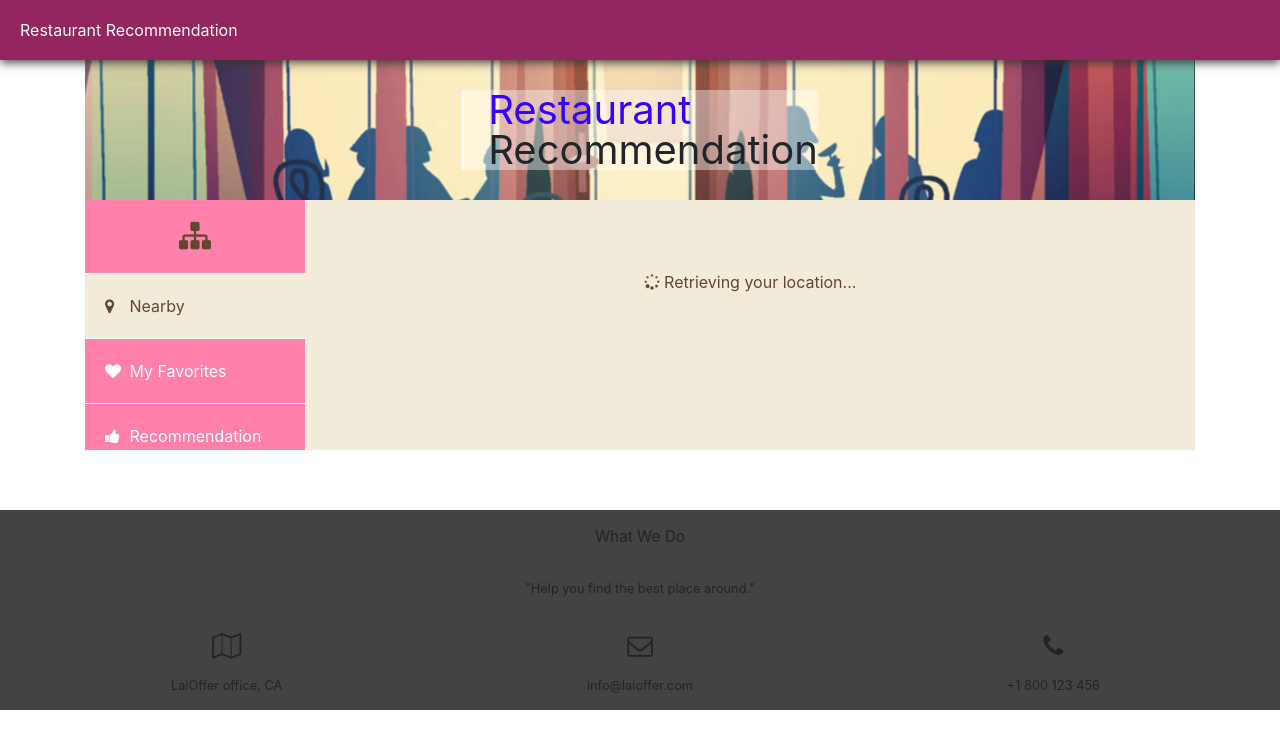
Repository: bchenSyr/restaurant-recommend
Page: http://localhost/YelpRecommend/
An editor plug-in stored every save of this project. The page is shown before and after the next save, followed by the edit.
The browser window is 1280 px wide. The pictures show the whole page.
Some web libraries are served in a nearby version. The page is served by Tomcat 9. Other server files are loaded and not shown.

Above is the page before, as saved 2018-09-17 06:40:33.

### YelpRecommend/WebContent/index.html
<!DOCTYPE html>
<html>
<head>
    <!-- Required meta tags always come first -->
    <meta charset="UTF-8">
    <meta name="description" content="Item Recommendation">
    <meta name="author" content="Your Name">

    <!-- Bootstrap CSS -->
    <link rel="stylesheet" href="styles/main.css">
    <link href='https://fonts.googleapis.com/css?family=Open+Sans:400,300,700' rel='stylesheet' type='text/css'>
    <link rel="stylesheet" href="https://maxcdn.bootstrapcdn.com/font-awesome/4.5.0/css/font-awesome.min.css">
    <link rel="stylesheet" href="https://stackpath.bootstrapcdn.com/bootstrap/4.1.3/css/bootstrap.min.css" integrity="sha384-MCw98/SFnGE8fJT3GXwEOngsV7Zt27NXFoaoApmYm81iuXoPkFOJwJ8ERdknLPMO" crossorigin="anonymous">

    <title>Restaurant Recommendation Final</title>
</head>
<body>
   <header class="top-header">
    <nav class="top-nav">
      <a href="#"> Restaurant Recommendation </a>
    </nav>

<!--      <span id="welcome-msg"></span>
     <i id="avatar" class="avatar fa fa-user fa-2x"></i> -->

  </header>

  <div class="container">
    <header>
      <p>
        <span>Restaurant</span>
        <br /> Recommendation
      </p>
    </header>

    <section class="main-section">
      <aside id="item-nav">
        <div class="nav-icon">
          <i class="fa fa-sitemap fa-2x"></i>
        </div>
        <nav class="main-nav">
          <a href="#" id="nearby-btn" class="main-nav-btn active">
            <i class="fa fa-map-marker"></i> Nearby
          </a>
          <a href="#" id="fav-btn" class="main-nav-btn">
            <i class="fa fa-heart"></i> My Favorites
          </a>
          <a href="#" id="recommend-btn" class="main-nav-btn">
            <i class="fa fa-thumbs-up"></i> Recommendation
          </a>
        </nav>
      </aside>

      <ul id="item-list">
        <li class="item">
          <img alt="item image" src="https://s3-media3.fl.yelpcdn.com/bphoto/EmBj4qlyQaGd9Q4oXEhEeQ/ms.jpg" />
          <div>
            <a class="item-name" href="#">Item</a>
            <p class="item-category">Vegetarian</p>
            <div class="stars">
              <i class="fa fa-star"></i>
              <i class="fa fa-star"></i>
              <i class="fa fa-star"></i>
            </div>
          </div>
          <p class="item-address">699 Calderon Ave<br/>Mountain View<br/> CA</p>
          <div class="fav-link">
            <i class="fa fa-heart"></i>
          </div>
        </li>
      </ul>
    </section>
  </div>

  <footer>
    <p class="title">What We Do</p>
    <p>"Help you find the best place around."</p>
    <ul>
      <li>
        <p><i class="fa fa-map-o fa-2x"></i></p>
        <p>LaiOffer office, CA</p>
      </li>
      <li>
        <p><i class="fa fa-envelope-o fa-2x"></i></p>
        <p>info@laioffer.com</p>
      </li>
      <li>
        <p><i class="fa fa-phone fa-2x"></i></p>
        <p>+1 800 123 456</p>
      </li>
    </ul>
  </footer>

  <script src="https://rawgit.com/emn178/js-md5/master/build/md5.min.js"></script>
  <!-- <script src="scripts/mock.js"></script> -->

  <!-- Bootstrap -->
  <script src="https://code.jquery.com/jquery-3.3.1.slim.min.js" integrity="sha384-q8i/X+965DzO0rT7abK41JStQIAqVgRVzpbzo5smXKp4YfRvH+8abtTE1Pi6jizo" crossorigin="anonymous"></script>
  <script src="https://cdnjs.cloudflare.com/ajax/libs/popper.js/1.14.3/umd/popper.min.js" integrity="sha384-ZMP7rVo3mIykV+2+9J3UJ46jBk0WLaUAdn689aCwoqbBJiSnjAK/l8WvCWPIPm49" crossorigin="anonymous"></script>
  <script src="https://stackpath.bootstrapcdn.com/bootstrap/4.1.3/js/bootstrap.min.js" integrity="sha384-ChfqqxuZUCnJSK3+MXmPNIyE6ZbWh2IMqE241rYiqJxyMiZ6OW/JmZQ5stwEULTy" crossorigin="anonymous"></script>

  <script src="scripts/main.js"></script>

</body>
</html>

### YelpRecommend/WebContent/styles/main.css
* {
	box-sizing: border-box;
	margin: 0;
	padding: 0;
}

body {
	background: #434343;
	color: #FFFFFF;
	/* font-family: 'Open Sans', sans-serif; */
	font-weight: 300;
	font-size: 0.9em;
}

ul {
	list-style: none;
}

/**
 * top header
 */
.top-header {
	align-items: center;
	/* background: #DF574B; */
	background: rgba(136, 14, 79, 0.9);
	box-shadow: 0px 2px 10px #333333;
	display: flex;
	height: 60px;
	position: fixed;
	top: 0;
	width: 100%;
	z-index: 1;
}

.avatar {
	background: #FFFFFF;
	border-radius: 50%;
	color: #333C4D;
	height: 40px;
	margin-right: 20px;
	padding-left: 9px;
	padding-top: 5px;
	width: 40px;
}

/**
 * top navigation
 */
.top-nav {
	flex: 1;
}

 .top-nav a {
	color: #F9F9F9;
	font-weight: 400;
	margin-left: 20px;
	text-decoration: none;
}

#welcome-msg {
	border-right: 1px solid #FFFFFF;
	padding-right: 10px;
}

/**
 * main container
 */
.container {
	margin: 60px auto;
	max-width: 1000px;
	min-width: 600px;
}

/**
 * main header
 */
.container>header {
	align-items: center;
	background:
		/* url('http://prophoto.com.cy/wp-content/galleries/food/food-restaurant-photographer-cyprus-10.jpg') */
		url('../img/background-photo.png')
		no-repeat 50% 50%;
	background-size: 100%;
	display: flex;
	height: 140px;
}

.container>header p {
	background-color: rgba(255, 255, 255, 0.4);
	border-left: 1px solid #FFFFFF;
	font-weight: 400;
	font-size: 2.5em;
	line-height: 1em;
	/* margin-left: 220px; */
	margin: auto;
	padding-left: 25px;
}

.container>header span {
	/* color: #FBAF41; */
	color: #3700ff;
}

/**
 * main section
 */
.main-section {
	background: #FF80AB;
}

/**
 * aside
 */
#item-nav {
	float: left;
	width: 220px;
}

.nav-icon {
	color: #624630;
	padding: 20px;
	text-align: center;
}

/**
 * main navigation
 */
.main-nav-btn {
	background: none;
	border-top: 1px solid #FFFFFF;
	color: #FFFFFF;
	display: block;
	padding: 20px;
	text-align: left;
	text-decoration: none;
}

.main-nav-btn:hover {
	background: rgba(255, 255, 255, 0.8);
	color: #624630;
}

.main-nav-btn.active {
	background: #F2EBD9;
	color: #624630;
}

.main-nav-btn i {
	width: 20px;
}

/**
 * item list
 */
#item-list {
	background: #F2EBD9;
	color: #624630;
	list-style: none;
	margin-left: 220px;
	min-height: 250px;
	padding: 10px;
}

#item-list .notice {
	font-size: 16px;
	padding: 60px;
	text-align: center;
}

/**
 * item
 */
.item {
	align-items: center;
	border-bottom: 1px solid #FFFFFF;
	display: flex;
	margin: 10px;
	padding: 15px;
	transition: background-color 100ms linear;
}

.item:last-child {
	border: none;
}

.item:hover {
	background: rgba(255, 255, 255, 0.8);
	transition: background-color 100ms linear;
}

.item img {
	border: 1px solid #FFFFFF;
	height: 80px;
	width: 80px;
}

.item>div:first-of-type {
	flex: 1;
	margin-left: 10px;
	margin-right: 10px;
}

.item-name {
	color: #624630;
	font-weight: 400;
	text-decoration: none;
}

.item-name:hover {
	text-decoration: underline;
}

.item-address {
	line-height: 20px;
	padding-right: 20px;
	text-align: right;
}

.stars {
	align-items: center;
	display: flex;
	padding-top: 10px;
}

.fav-link {
	border-left: 1px solid #FFFFFF;
	cursor: pointer;
	line-height: 60px;
	text-align: center;
	width: 60px;
}

.fav-link:hover {
	color: #F13F3F;
}

/**
 * footer section
 */
footer {
	background: #434343;
	font-size: 0.8em;
	height: 200px;
	position: relative;
}

footer p {
	text-align: center;
}

footer p.title {
	font-size: 1.2em;
	padding: 15px;
}

footer ul {
	align-items: center;
	display: flex;
	padding: 20px;
}

footer ul li {
	flex: 1;
}

### YelpRecommend/WebContent/scripts/main.js
(function() {

    /**
     * Variables
     */
    var user_id = '1111';
    var user_fullname = 'Welcome';
    var lng = -122.08;
    var lat = 37.38;

    /**
     * Initialize
     */
    function init() {
        // Register event listeners
        $('nearby-btn').addEventListener('click', loadNearbyItems);
        $('fav-btn').addEventListener('click', loadFavoriteItems);
        $('recommend-btn').addEventListener('click', loadRecommendedItems);

//        var welcomeMsg = $('welcome-msg');
//        welcomeMsg.innerHTML = 'Welcome';
        initGeoLocation();
    }

    function initGeoLocation() {
        if (navigator.geolocation) {
            navigator.geolocation.getCurrentPosition(onPositionUpdated,
                onLoadPositionFailed, {
                    maximumAge: 60000
                });
            showLoadingMessage('Retrieving your location...');
        } else {
            onLoadPositionFailed();
        }
    }

    function onPositionUpdated(position) {
        lat = position.coords.latitude;
        lng = position.coords.longitude;

        loadNearbyItems();
    }

    function onLoadPositionFailed() {
        console.warn('navigator.geolocation is not available');
        getLocationFromIP();
    }

    function getLocationFromIP() {
        // Get location from http://ipinfo.io/json
        var url = 'http://ipinfo.io/json'
        var req = null;
        ajax('GET', url, req, function(res) {
            var result = JSON.parse(res);
            if ('loc' in result) {
                var loc = result.loc.split(',');
                lat = loc[0];
                lng = loc[1];
            } else {
                console.warn('Getting location by IP failed.');
            }
            loadNearbyItems();
        });
    }

    // -----------------------------------
    // Helper Functions
    // -----------------------------------

    /**
     * A helper function that makes a navigation button active
     *
     * @param btnId -
     *            The id of the navigation button
     */
    function activeBtn(btnId) {
        var btns = document.getElementsByClassName('main-nav-btn');

        // deactivate all navigation buttons
        for (var i = 0; i < btns.length; i++) {
            btns[i].className = btns[i].className.replace(/\bactive\b/, '');
        }

        // active the one that has id = btnId
        var btn = $(btnId);
        btn.className += ' active';
    }

    function showLoadingMessage(msg) {
        var itemList = $('item-list');
        itemList.innerHTML = '<p class="notice"><i class="fa fa-spinner fa-spin"></i> ' +
            msg + '</p>';
    }

    function showWarningMessage(msg) {
        var itemList = $('item-list');
        itemList.innerHTML = '<p class="notice"><i class="fa fa-exclamation-triangle"></i> ' +
            msg + '</p>';
    }

    function showErrorMessage(msg) {
        var itemList = $('item-list');
        itemList.innerHTML = '<p class="notice"><i class="fa fa-exclamation-circle"></i> ' +
            msg + '</p>';
    }

    /**
     * A helper function that creates a DOM element <tag options...>
     *
     * @param tag
     * @param options
     * @returns
     */
    function $(tag, options) {
        if (!options) {
            return document.getElementById(tag);
        }

        var element = document.createElement(tag);

        for (var option in options) {
            if (options.hasOwnProperty(option)) {
                element[option] = options[option];
            }
        }

        return element;
    }

    function hideElement(element) {
        element.style.display = 'none';
    }

    function showElement(element, style) {
        var displayStyle = style ? style : 'block';
        element.style.display = displayStyle;
    }

    /**
     * AJAX helper
     *
     * @param method -
     *            GET|POST|PUT|DELETE
     * @param url -
     *            API end point
     * @param callback -
     *            This the successful callback
     * @param errorHandler -
     *            This is the failed callback
     */
    function ajax(method, url, data, callback, errorHandler) {
        var xhr = new XMLHttpRequest();

        xhr.open(method, url, true);

        xhr.onload = function() {
        	if (xhr.status === 200) {
        		callback(xhr.responseText);
        	} else {
        		errorHandler();
        	}
        };

        xhr.onerror = function() {
            console.error("The request couldn't be completed.");
            errorHandler();
        };

        if (data === null) {
            xhr.send();
        } else {
            xhr.setRequestHeader("Content-Type",
                "application/json;charset=utf-8");
            xhr.send(data);
        }
    }

    // -------------------------------------
    // AJAX call server-side APIs
    // -------------------------------------

    /**
     * API #1 Load the nearby items API end point: [GET]
     * /Dashi/search?user_id=1111&lat=37.38&lon=-122.08
     */
    function loadNearbyItems() {
        console.log('loadNearbyItems');
        activeBtn('nearby-btn');

        // The request parameters
        var url = './search';
        var params = 'user_id=' + user_id + '&lat=' + lat + '&lon=' + lng;
        var req = JSON.stringify({});

        // display loading message
        showLoadingMessage('Loading nearby items...');

        // make AJAX call
        ajax('GET', url + '?' + params, req,
            // successful callback
            function(res) {
                var items = JSON.parse(res);
                if (!items || items.length === 0) {
                    showWarningMessage('No nearby item.');
                } else {
                    listItems(items);
                }
            },
            // failed callback
            function() {
                showErrorMessage('Cannot load nearby items.');
            });
    }

    /**
     * API #2 Load favorite (or visited) items API end point: [GET]
     * /Dashi/history?user_id=1111
     */
    function loadFavoriteItems() {
        activeBtn('fav-btn');

        // The request parameters
        var url = './history';
        var params = 'user_id=' + user_id;
        var req = JSON.stringify({});

        // display loading message
        showLoadingMessage('Loading favorite items...');

        // make AJAX call
        ajax('GET', url + '?' + params, req, function(res) {
            var items = JSON.parse(res);
            if (!items || items.length === 0) {
                showWarningMessage('No favorite item.');
            } else {
                listItems(items);
            }
        }, function() {
            showErrorMessage('Cannot load favorite items.');
        });
    }

    /**
     * API #3 Load recommended items API end point: [GET]
     * /Dashi/recommendation?user_id=1111
     */
    function loadRecommendedItems() {
        activeBtn('recommend-btn');

        // The request parameters
        var url = './recommendation';
        var params = 'user_id=' + user_id + '&lat=' + lat + '&lon=' + lng;

        var req = JSON.stringify({});

        // display loading message
        showLoadingMessage('Loading recommended items...');

        // make AJAX call
        ajax(
            'GET',
            url + '?' + params,
            req,
            // successful callback
            function(res) {
                var items = JSON.parse(res);
                if (!items || items.length === 0) {
                    showWarningMessage('No recommended item. Make sure you have favorites.');
                } else {
                    listItems(items);
                }
            },
            // failed callback
            function() {
                showErrorMessage('Cannot load recommended items.');
            });
    }

    /**
     * API #4 Toggle favorite (or visited) items
     *
     * @param item_id -
     *            The item business id
     *
     * API end point: [POST]/[DELETE] /Dashi/history request json data: {
     * user_id: 1111, visited: [a_list_of_business_ids] }
     */
    function changeFavoriteItem(item_id) {
        // Check whether this item has been visited or not
        var li = $('item-' + item_id);
        var favIcon = $('fav-icon-' + item_id);
        var favorite = li.dataset.favorite !== 'true';

        // The request parameters
        var url = './history';
        var req = JSON.stringify({
            user_id: user_id,
            favorite: [item_id]
        });
        var method = favorite ? 'POST' : 'DELETE';

        ajax(method, url, req,
            // successful callback
            function(res) {
                var result = JSON.parse(res);
                if (result.result === 'SUCCESS') {
                    li.dataset.favorite = favorite;
                    favIcon.className = favorite ? 'fa fa-heart' : 'fa fa-heart-o';
                }
            });
    }

    // -------------------------------------
    // Create item list
    // -------------------------------------

    /**
     * List items
     *
     * @param items -
     *            An array of item JSON objects
     */
    function listItems(items) {
        // Clear the current results
        var itemList = $('item-list');
        itemList.innerHTML = '';

        for (var i = 0; i < items.length; i++) {
            addItem(itemList, items[i]);
        }
    }

    /**
     * Add item to the list
     *
     * @param itemList -
     *            The
     *            <ul id="item-list">
     *            tag
     * @param item -
     *            The item data (JSON object)
     */
    function addItem(itemList, item) {
        var item_id = item.item_id;

        // create the <li> tag and specify the id and class attributes
        var li = $('li', {
            id: 'item-' + item_id,
            className: 'item'
        });

        // set the data attribute
        li.dataset.item_id = item_id;
        li.dataset.favorite = item.favorite;

        // item image
        if (item.image_url) {
            li.appendChild($('img', {
                src: item.image_url
            }));
        } else {
            li.appendChild($(
                'img', {
                    src: 'https://assets-cdn.github.com/images/modules/logos_page/GitHub-Mark.png'
                }))
        }
        // section
        var section = $('div', {});

        // title
        var title = $('a', {
            href: item.url,
            target: '_blank',
            className: 'item-name'
        });
        title.innerHTML = item.name;
        section.appendChild(title);

        // category
        var category = $('p', {
            className: 'item-category'
        });
        category.innerHTML = 'Category: ' + item.categories.join(', ');
        section.appendChild(category);

        // TODO(vincent). here we might have a problem showing 3.5 as 3.
        // stars
        var stars = $('div', {
            className: 'stars'
        });

        for (var i = 0; i < item.rating; i++) {
            var star = $('i', {
                className: 'fa fa-star'
            });
            stars.appendChild(star);
        }

        if (('' + item.rating).match(/\.5$/)) {
            stars.appendChild($('i', {
                className: 'fa fa-star-half-o'
            }));
        }

        section.appendChild(stars);

        li.appendChild(section);

        // address
        var address = $('p', {
            className: 'item-address'
        });

        address.innerHTML = item.address.replace(/,/g, '<br/>').replace(/\"/g,
            '');
        li.appendChild(address);

        // favorite link
        var favLink = $('p', {
            className: 'fav-link'
        });

        favLink.onclick = function() {
            changeFavoriteItem(item_id);
        };

        favLink.appendChild($('i', {
            id: 'fav-icon-' + item_id,
            className: item.favorite ? 'fa fa-heart' : 'fa fa-heart-o'
        }));

        li.appendChild(favLink);

        itemList.appendChild(li);
    }

    init();

})();

After the next save:
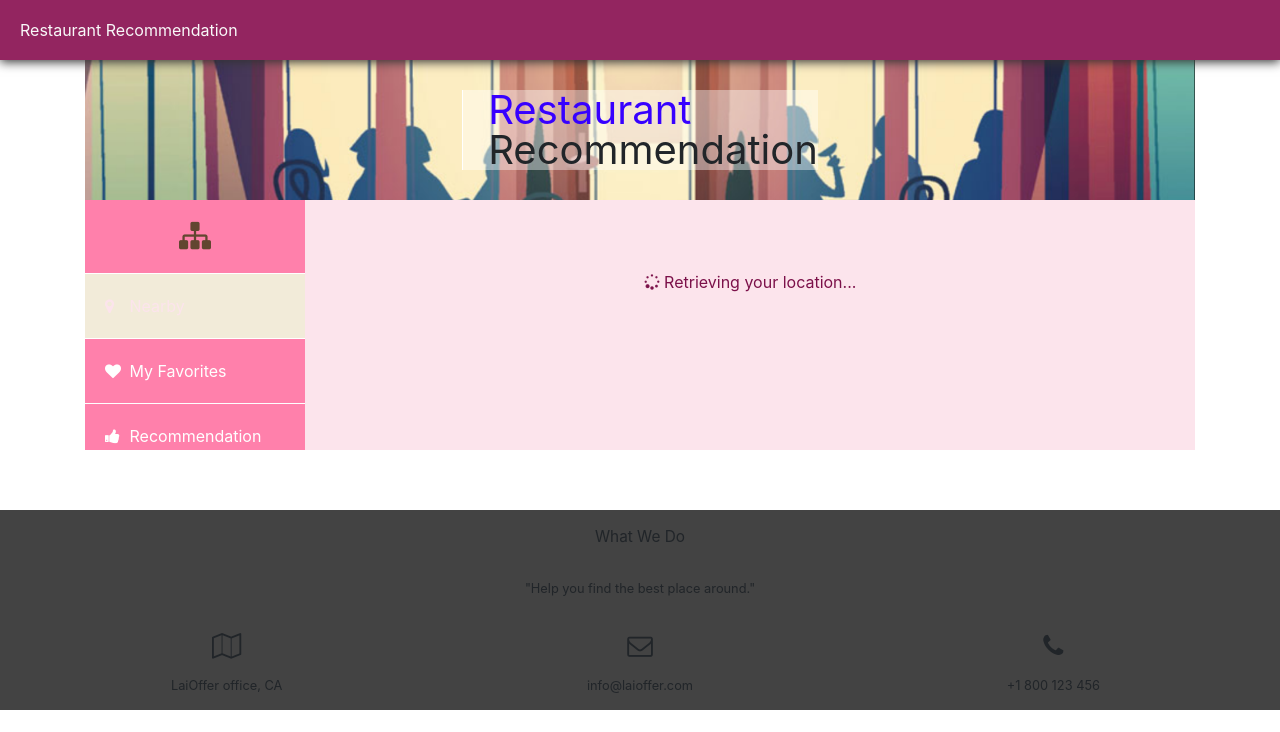
Saved 109 s later.
--- a/YelpRecommend/WebContent/styles/main.css
+++ b/YelpRecommend/WebContent/styles/main.css
@@ -142,7 +142,7 @@ ul {
 
 .main-nav-btn.active {
 	background: #F2EBD9;
-	color: #624630;
+	color: #FCE4EC;
 }
 
 .main-nav-btn i {
@@ -153,8 +153,8 @@ ul {
  * item list
  */
 #item-list {
-	background: #F2EBD9;
-	color: #624630;
+	background: #FCE4EC;
+	color: #7b1049;
 	list-style: none;
 	margin-left: 220px;
 	min-height: 250px;
